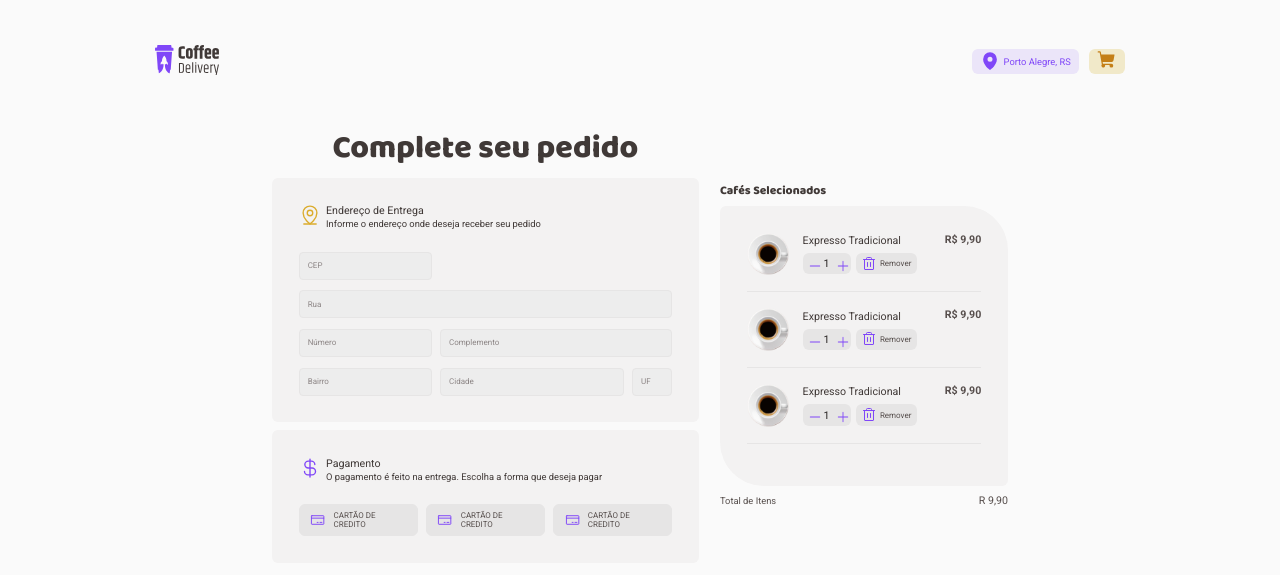
Repository: guilhermecardoso93/react-coffee-delivery
Page: /completeorder
The author's editor kept a copy of each file at every save. The page is drawn from the files as they stood at one save, then again after a run of saves.
The browser window is 1280 px wide. The pictures show the whole page.
The project was rebuilt for these pictures with package versions that can differ from the ones it lists, and the page was loaded fresh each time. Also part of the build but not shown: vite.config.ts, src/pages/Home/Intro/styles.ts, src/pages/Home/Intro/index.tsx, src/data/coffees.ts, src/pages/Home/MenuCard/styles.ts, src/utils/formatMoney.ts, src/pages/Home/MenuCard/index.tsx, src/pages/Home/Menu/styles.ts and 3 more.

Above is the page before, as saved 2022-07-20 21:25:55.

### index.html
<!DOCTYPE html>
<html lang="en">
  <head>
    <meta charset="UTF-8" />
    <link rel="icon" type="image/svg+xml" href="/src/assets/favicon.ico" />
    <link rel="preconnect" href="https://fonts.googleapis.com" />
    <link rel="preconnect" href="https://fonts.gstatic.com" crossorigin />
    <meta name="viewport" content="width=device-width, initial-scale=1.0" />
    <link
      href="https://fonts.googleapis.com/css2?family=Baloo+2:wght@700;800&family=Roboto:wght@400;500;700&display=swap"
      rel="stylesheet"
    />
    <title>Coffee Delivery - Rocketseat</title>
  </head>
  <body>
    <div id="root"></div>
    <script type="module" src="/src/main.tsx"></script>
  </body>
</html>

### src/App.tsx
import { ThemeProvider } from "styled-components";
import { defaultTheme } from "./styles/themes/default";
import { GlobalStyle } from "./styles/global";
import { Router } from "./Router";
import { BrowserRouter } from "react-router-dom";

export function App() {
  return (
    <ThemeProvider theme={defaultTheme}>
      <BrowserRouter>
        <Router />
        <GlobalStyle />
      </BrowserRouter>
    </ThemeProvider>
  );
}

### src/styles/themes/default.ts
export const defaultTheme = {
  colors: {
    "white": "#FFFFFF",
    "base-background": "#FAFAFA",
    "base-card": "#F3F2F2",
    "base-input": "#EDEDED",
    "base-button": "#E6E5E5",
    "base-hover": "#D7D5D5",
    "base-label": "#8D8686",
    "base-text": "#574F4D",
    "base-subtitle": "#403937",
    "base-title": "#272221",
    "base-error": "#f84747",
    "brand-purple-dark": "#4B2995",
    "brand-purple": "#8047F8",
    "brand-purple-light": "#EBE5F9",
    "brand-yellow-dark": "#C47F17",
    "brand-yellow": "#DBAC2C",
    "brand-yellow-light": "#F1E9C9"
  },
  textSizes: {
    "title-title-xl": "3rem",
    "title-title-l": "2rem",
    "title-title-m": "1.5rem",
    "title-title-s": "1.2rem",
    "title-title-xs": "1.125rem",
    "text-regular-l": "1.25rem",
    "text-bold-l": "1.25rem",
    "text-regular-m": "1rem",
    "text-bold-m": "1rem",
    "text-regular-s": "0.875rem",
    "text-bold-s": "0.75rem",
    "components-tag": "0.625rem",
    "components-button-g": "0.875rem",
    "components-button-s": "0.75rem",
  },
  fonts: {
    regular: "'Roboto'",
    title: "'Baloo 2'",
  },
};

### src/styles/global.ts
import { createGlobalStyle } from "styled-components";
import { px2vw } from "../utils/px2vw";

export const GlobalStyle = createGlobalStyle`
  * {
    margin: 0;
    padding: 0;
    box-sizing: border-box;
    outline: none;
  }
  :root {
      font-size: ${px2vw(16)};

      @media (min-width: 768px) {
        font-size: ${px2vw(14)};
      }

      @media (min-width: 1024px) {
        font-size: ${px2vw(12)};
      }
    }
  body {
    background: ${({ theme }) => theme.colors["base-background"]};
    color: ${({ theme }) => theme.colors["base-text"]};
    -webkit-font-smoothing: antialiased;
  }
  body, input, textarea, button {
    font-family: 'Roboto', sans-serif;
    font-weight: 400;
    font-size: 1rem;
  }
  button {
    cursor: pointer;
  }
  a {
    text-decoration: none;
  }
  input::-webkit-outer-spin-button,
  input::-webkit-inner-spin-button {
    -webkit-appearance: none;
    margin: 0;
  }
  input[type="number"] {
    -moz-appearance: textfield;
  }
  ::-webkit-scrollbar {
    width: 0.4rem;
  }
  ::-webkit-scrollbar-track {
    background: ${({ theme }) => theme.colors["base-button"]}
  }
  ::-webkit-scrollbar-thumb {
    border-radius: 2rem;
    background: ${({ theme }) => theme.colors["brand-purple"]}
  }
`;

### src/Router.tsx
import { Route, Routes } from "react-router-dom";
import { DefaultLayout } from "./layouts/DefaultLayout";
import { CompleteOrder } from "./pages/CompleteOrder";
import { Home } from "./pages/Home";

export function Router() {
  return (
    <Routes>
      <Route path="/" element={<DefaultLayout />}>
        <Route path="/" element={<Home />} />
        <Route path="/completeorder" element={<CompleteOrder />} />
      </Route>
    </Routes>
  );
}

### src/utils/px2vw.ts
export const px2vw = (size: number, width = 1440) => `${(size / width) * 100}vw`;

### src/pages/CompleteOrder/index.tsx
import { CompleteOrderForm } from "./components/CompleteOrderForm";
import { SelectedCoffees } from "./components/SelectedCoffees";
import { CompleteOrderContainer } from "./styles";

export function CompleteOrder() {
  return (
    <CompleteOrderContainer className="container">
      <CompleteOrderForm />
      <SelectedCoffees />
    </CompleteOrderContainer>
  );
}

### src/components/Header/index.tsx
import { MapPin, ShoppingCart } from "phosphor-react";
import { NavLink } from "react-router-dom";
import Logo from "../../assets/logo.svg";
import { HeaderButton, HeaderButtonBase, HeaderContainer } from "./styles";

export function Header() {
  return (
    <HeaderContainer>
      <div>
        <NavLink to="/">
          <img
            src={Logo}
            alt="Coffee Delivery Logo - copo de café escrito delivery"
          />
        </NavLink>
      </div>
      <div>
        <HeaderButton>
          <HeaderButtonBase variant="purple">
            <MapPin size={20} weight="fill" />
            Porto Alegre, RS
          </HeaderButtonBase>
          <HeaderButtonBase variant="yellow">
            <NavLink to="/completeorder">
              <ShoppingCart size={20} weight="fill" />
            </NavLink>
          </HeaderButtonBase>
        </HeaderButton>
      </div>
    </HeaderContainer>
  );
}

### src/layouts/DefaultLayout/styles.ts
import styled from "styled-components";

export const LayoutContainer = styled.div`
  max-width: 80vw;
  margin: 0 auto;
  padding: 2.5rem;

  display: flex;
  flex-direction: column;

  .container {
    width: 100%;
    max-width: 70rem;
    margin-right: auto;
    margin-left: auto;

    padding: 0 0.5rem;
  }
`;

### src/pages/CompleteOrder/components/CompleteOrderForm/index.tsx
import { MapPinLine, CurrencyDollar } from "phosphor-react";
import { useTheme } from "styled-components";
import { TitleText } from "../../../../components/Texts";
import { SectionTitleForm } from "../SectiontitleForm";
import { AddressForm } from "./AdressForm";
import { PaymentOptionsForm } from "./PaymentOptionsForm";
import { CompleteOrderFormContainer, FormSectionContainer } from "./styles";

export function CompleteOrderForm() {
  const { colors } = useTheme();
  return (
    <CompleteOrderFormContainer>
      <TitleText size="xl" color="subtitle">
        {" "}Complete seu pedido
      </TitleText>

      <FormSectionContainer>
        <SectionTitleForm
          title="Endereço de Entrega"
          subtitle="Informe o endereço onde deseja receber seu pedido"
          icon={<MapPinLine size={22} color={colors["brand-yellow"]} />}
        />
        <AddressForm />
      </FormSectionContainer>

      <FormSectionContainer>
        <SectionTitleForm
          title="Pagamento"
          subtitle="O pagamento é feito na entrega. Escolha a forma que deseja pagar"
          icon={<CurrencyDollar size={22} color={colors["brand-purple"]} />}
        />
        <PaymentOptionsForm/>
      </FormSectionContainer>
    </CompleteOrderFormContainer>
  );
}

### src/pages/CompleteOrder/components/SelectedCoffees/index.tsx
import { TitleText } from "../../../../components/Texts";
import { CoffeCardCart } from "../CoffeCardCart";
import {
  DetailsContainer,
  SelectedCoffeesContainer
} from "../SelectedCoffees/styles";
import { ConfirmationSection } from "./ConfirmationSection";

export function SelectedCoffees() {
  return (
    <SelectedCoffeesContainer>
      <TitleText size="xs" color="subtitle">
        {" "}Cafés Selecionados
      </TitleText>
      <DetailsContainer>
        <CoffeCardCart />
        <CoffeCardCart />
        <CoffeCardCart />
      </DetailsContainer>
      <ConfirmationSection/>
    </SelectedCoffeesContainer>
  );
}

### src/pages/CompleteOrder/styles.ts
import styled from "styled-components";

export const CompleteOrderContainer = styled.form`
  display: flex;
  align-items: center;
  justify-content: space-between;

  margin-top: 3rem;
  gap:2rem;
`;

export const SectionBaseStyle = styled.div`
  width: 100%;
  background: ${({ theme }) => theme.colors["base-card"]};
  border-radius: 6px;
  padding: 2.5rem;
`;

### src/components/Header/styles.ts
import styled, { css } from "styled-components";

export const HeaderContainer = styled.header`
  width: 100%;
  display: flex;
  align-items: center;
  justify-content: space-between;
  height: 6.5rem;
  background: ${({ theme }) => theme.colors["base-background"]};
  position: sticky;
  top: 0;
  left: 0;
  z-index: 5;

  img {
    width:6rem;
  }
`;

export const HeaderButton = styled.div`
  display: flex;
  align-items: center;
  justify-content: center;
  gap: 1rem;
`;

interface HeaderButtonProps {
  variant: "purple" | "yellow";
}

export const HeaderButtonBase = styled.div<HeaderButtonProps>`
  display: flex;
  justify-content: center;
  align-items: center;
  padding: 8px;
  gap: 4px;
  border-radius: 6px;
  border: none;
  min-width: 2.3rem;
  height: 2.3rem;
  position: relative;
  font-size: 0.875rem;

  ${({ variant, theme }) =>
    variant === "purple" &&
    css`
      background-color: ${theme.colors[`brand-${variant}-light`]};
      color: ${theme.colors[`brand-${variant}`]};
    `}

  ${({ variant, theme }) =>
    variant === "yellow" &&
    css`
      background-color: ${theme.colors[`brand-${variant}-light`]};
      svg {
        color: ${theme.colors[`brand-${variant}-dark`]};
      }
    `}
`;

### src/components/Texts.ts
import styled from "styled-components";

interface TitleTextProps {
  size?: "xl" | "l" | "m" | "s" | "xs";
  color?: "title" | "subtitle" | "text";
  weight?: string | number;
}

interface RegularTextProps {
  size?: "l" | "m" | "s";
  color?: "text" | "subtitle" | "label";
  weight?: string | number;
}

export const TitleText = styled.h1<TitleTextProps>`
  color: ${({ theme, color }) => theme.colors[`base-${color ?? "title"}`]};
  font-size: ${({ theme, size }) =>
    theme.textSizes[`title-title-${size ?? "m"}`]};
  font-family: ${({ theme }) => theme.fonts.title};
  line-height: 130%;
  font-weight: ${({ weight }) => weight ?? 800};
`;

export const RegularText = styled.p<RegularTextProps>`
  color: ${({ theme, color }) => theme.colors[`base-${color ?? "text"}`]};
  font-size: ${({ theme, size }) =>
    theme.textSizes[`text-regular-${size ?? "m"}`]};
  line-height: 130%;
  font-weight: ${({ weight }) => weight ?? 400};
`;

### src/pages/CompleteOrder/components/SectiontitleForm/index.tsx
import { ReactNode } from "react";
import { RegularText, TitleText } from "../../../../components/Texts";
import { AddressForm } from "../CompleteOrderForm/AdressForm";
import { SectionTitleFormContainer } from "./styles";

interface SectionTitleProps {
  title: string;
  subtitle: string;
  icon: ReactNode;
}

export function SectionTitleForm({ title, subtitle, icon }: SectionTitleProps) {
  return (
    <SectionTitleFormContainer>
      {icon}
      <div>
        <RegularText color="subtitle">
          {title}
        </RegularText>
        <RegularText size="s" color="subtitle">
          {subtitle}
        </RegularText>
      </div>
    </SectionTitleFormContainer>
  );
}

### src/pages/CompleteOrder/components/CompleteOrderForm/AdressForm.tsx
import { Input } from "../../../../components/Input";
import { AddressFormContainer } from "./styles";

export function AddressForm() {
  return (
    <AddressFormContainer>
      <Input placeholder="CEP" type="number" className="cep" />
      <Input placeholder="Rua" type="text" className="street" />
      <Input placeholder="Número" type="number" />
      <Input placeholder="Complemento" type="text" className="complement" />
      <Input placeholder="Bairro" type="text" />
      <Input placeholder="Cidade" type="text" />
      <Input placeholder="UF" type='text'/>
    </AddressFormContainer>
  );
}

### src/pages/CompleteOrder/components/CompleteOrderForm/PaymentOptionsForm.tsx
import { PaymentOptionInput } from "../PaymentOptionInput";
import { PaymentOptionsFormContainer } from "./styles";

export function PaymentOptionsForm() {
  return (
    <PaymentOptionsFormContainer>
      <PaymentOptionInput />
      <PaymentOptionInput />
      <PaymentOptionInput />
    </PaymentOptionsFormContainer>
  );
}

### src/pages/CompleteOrder/components/CompleteOrderForm/styles.ts
import styled from "styled-components";
import { SectionBaseStyle } from "../../styles";

export const CompleteOrderFormContainer = styled.div`
  display: flex;
  flex-direction: column;
  align-items: center;
  justify-content: space-between;

  width: 40rem;
  gap: 0.75rem;
`;

export const FormSectionContainer = styled(SectionBaseStyle)`
  display: flex;
  flex-direction: column;
  gap: 2rem;
`;

export const AddressFormContainer = styled.div`
  width: 100%;
  display: grid;
  grid-template-columns: 12.5rem 17.25rem 3.75rem;
  column-gap: 0.75rem;
  row-gap: 1rem;
  grid-auto-flow: dense;

  .cep {
    grid-column: span 3;
    max-width: 12.5rem;
  }

  .street {
    grid-column: span 3;
  }

  .complement {
    grid-column: span 2;
  }
`;

export const PaymentOptionsFormContainer = styled.div`
  display: grid;
  grid-template-columns: repeat(3, 1fr);
  gap: 0.75rem;

  > p {
    grid-column: span 3;
    color: ${({ theme }) => theme.colors["base-error"]};
  }
`;

### src/pages/CompleteOrder/components/CoffeCardCart/index.tsx
import {
  ActionsContainer,
  CoffeeCardCartContainer,
  RemoveButton
} from "./styles";
import CoffeeImg from "../../../../assets/coffee.png";
import { RegularText } from "../../../../components/Texts";
import { QuantityInput } from "../../../../components/QuantityInput";
import { Trash } from "phosphor-react";

export function CoffeCardCart() {
  return (
    <CoffeeCardCartContainer>
      <div>
        <img src={CoffeeImg} />
        <div>
          <RegularText color="subtitle">Expresso Tradicional</RegularText>
          <ActionsContainer>
            <QuantityInput size={"small"} />
            <RemoveButton>
              <Trash size={16} /> Remover
            </RemoveButton>
          </ActionsContainer>
        </div>
      </div>
      <p>R$ 9,90</p>
    </CoffeeCardCartContainer>
  );
}

### src/pages/CompleteOrder/components/SelectedCoffees/styles.ts
import styled from "styled-components";
import { SectionBaseStyle } from "../../styles";

export const SelectedCoffeesContainer = styled.div`
  display: flex;
  flex-direction: column;
  gap: 0.75rem;
  width: 40rem;
`;

export const DetailsContainer = styled(SectionBaseStyle)`
  border-radius: 6px 44px 6px 44px;
  display: flex;
  flex-direction: column;
`;

export const ConfirmationSectionContainer = styled.div`
  display: flex;
  flex-direction: column;
  gap: 0.8rem;

  > div {
    display: flex;
    align-items: center;
    justify-content: space-between;
  }
`;

### src/pages/CompleteOrder/components/SelectedCoffees/ConfirmationSection.tsx
import { RegularText } from "../../../../components/Texts";
import { ConfirmationSectionContainer } from "./styles";

export function ConfirmationSection() {
  return (
    <ConfirmationSectionContainer>
      <div>
        <RegularText size="s">Total de Itens</RegularText>
        <RegularText>R 9,90</RegularText>
      </div>
    </ConfirmationSectionContainer>
  );
}

### src/pages/CompleteOrder/components/SectiontitleForm/styles.ts
import styled from "styled-components";

export const SectionTitleFormContainer = styled.div`
  display: flex;
  gap: 0.5rem;
`;

### src/components/Input/index.tsx
import { forwardRef, InputHTMLAttributes } from "react";
import { RegularText } from "../Texts";
import {
  InputWrapper,
  InputStyleContainer,
  InputStyled,
  RightText
} from "./styles";

type InputProps = InputHTMLAttributes<HTMLInputElement> & {
  error?: string;
  rightText?: string;
};

export const Input = forwardRef<
  HTMLInputElement,
  InputProps
>(({ error, rightText, className, ...props }, ref) => {
  return (
    <InputWrapper className={className}>
      <InputStyleContainer hasError={!!error}>
        <InputStyled ref={ref} {...props} />
        {rightText &&
          <RightText>
            {rightText}
          </RightText>}
      </InputStyleContainer>
      {error &&
        <RegularText size="s">
          {error}
        </RegularText>}
    </InputWrapper>
  );
});

### src/pages/CompleteOrder/components/PaymentOptionInput/index.tsx
import { CreditCard } from "phosphor-react";
import { PaymentOptionInputContainer } from "./styles";

export function PaymentOptionInput() {
  return (
    <PaymentOptionInputContainer>
      <CreditCard size={16} />
      Cartão de Credito
    </PaymentOptionInputContainer>
  );
}

### src/pages/CompleteOrder/components/CoffeCardCart/styles.ts
import styled from "styled-components";

export const CoffeeCardCartContainer = styled.div`
  width: 100%;
  display: flex;
  align-items: center;
  justify-content: space-between;
  padding-bottom: 1.5rem;
  margin-bottom: 1.5rem;

  border-bottom: 1px solid ${({ theme }) => theme.colors["base-button"]};

  > div {
    display: flex;
    align-items: center;
    gap: 1.25rem;

    img {
      width: 4rem;
      height: 4rem;
    }
  }
  > p {
    align-self: flex-start;
    font-weight: 700;
  }
`;

export const ActionsContainer = styled.div`
  display: flex;
  align-items: center;

  margin-top: 0.5rem;
  height: 2rem;
  gap: 0.5rem;

  > div {
    max-width: 4.5rem;
    height: 100%;
  }
`;

export const RemoveButton = styled.button`
  display: flex;
  align-items: center;
  gap: 0.25rem;
  height: 100%;

  background: ${({ theme }) => theme.colors["base-button"]};
  color: ${({ theme }) => theme.colors["base-text"]};
  font-size: 0.75rem;
  padding: 0 0.5rem;

  border: none;
  border-radius: 6px;

  transition: 0.4s;

  svg {
    color: ${({ theme }) => theme.colors["brand-purple"]};
  }
  &:hover {
    background: ${({ theme }) => theme.colors["base-hover"]};
  }
`;

### src/components/QuantityInput/index.tsx
import { Minus, Plus } from "phosphor-react";
import { Icon, QuantityInputContainer } from "./styles";

interface QuantityInputProps {
  size?: "medium" | "small";
  quantity?: number;
  onIncrease?: () => void;
  onDecrease?: () => void;
}

export function QuantityInput({
  onIncrease,
  onDecrease,
  quantity,
  size = "medium"
}: QuantityInputProps) {
  return (
    <QuantityInputContainer size={size}>
      <Icon>
        <Minus size={14} weight="fill" />
      </Icon>
      <input type="number" readOnly value={1} />
      <Icon>
        <Plus size={14} weight="fill" />
      </Icon>
    </QuantityInputContainer>
  );
}

### src/components/Input/styles.ts
import styled, { css } from "styled-components";

export const InputWrapper = styled.div`
  display: flex;
  flex-direction: column;
  gap: 0.3rem;
  position: relative;
  > p {
    color: ${({ theme }) => theme.colors["base-error"]};
  }
`;

interface InputContainerProps {
  hasError: boolean;
}

export const InputStyleContainer = styled.div<InputContainerProps>`
  height: 2.625rem;
  border-radius: 4px;
  border: 1px solid ${({ theme }) => theme.colors["base-button"]};
  background: ${({ theme }) => theme.colors["base-input"]};
  display: flex;
  align-items: center;
  transition: 0.4s;
  display: flex;
  align-items: center;
  justify-content: space-between;
  overflow: hidden;
  &:focus-within {
    border-color: ${({ theme }) => theme.colors["brand-yellow-dark"]};
  }
  ${({ theme, hasError }) =>
    hasError &&
    css`
      border-color: ${theme.colors["base-error"]};
    `}
`;

export const InputStyled = styled.input`
  flex: 1;
  background: none;
  border: none;
  padding: 0 0.75rem;
  height: 100%;
  font-size: 0.75rem;
  color: ${({ theme }) => theme.colors["base-text"]};
  &::placeholder {
    color: ${({ theme }) => theme.colors["base-label"]};
  }
`;

export const RightText = styled.p`
  font-size: 0.75rem;
  margin-right: 0.75rem;
  font-style: italic;
  color: ${({ theme }) => theme.colors["base-label"]};
`;

### src/pages/CompleteOrder/components/PaymentOptionInput/styles.ts
import styled from "styled-components";

export const PaymentOptionInputContainer = styled.div`
  padding: 0 1rem;
  height: 3rem;
  display: flex;
  align-items: center;
  justify-content: flex-start;
  gap: 0.75rem;

  font-size: 0.75rem;
  text-transform: uppercase;

  border-radius: 6px;

  border: 1px solid ${({ theme }) => theme.colors["base-button"]};

  background: ${({ theme }) => theme.colors["base-button"]};
  color: ${({ theme }) => theme.colors["base-text"]};

  transition: 0.4s;

  svg {
    color: ${({ theme }) => theme.colors["brand-purple"]};
  }
  &:hover {
    background: ${({ theme }) => theme.colors["base-hover"]};
  }
  user-select: none;
`;

### src/components/QuantityInput/styles.ts
import styled, { css } from "styled-components";

interface QuantityInput {
  size?: "medium" | "small";
}

export const QuantityInputContainer = styled.div<QuantityInput>`
  flex: 1;
  background: ${({ theme }) => theme.colors["base-button"]};
  display: flex;
  align-items: center;
  justify-content: space-between;
  gap: 4px;
  border-radius: 6px;
  input {
    text-align: center;
    width: 100%;
    background: none;
    border: none;
    color: ${({ theme }) => theme.colors["base-title"]};
    &:focus {
      outline: none;
    }
  }
  ${({ size }) =>
    size === "medium" &&
    css`
      padding: 0.5rem;
    `}
  ${({ size }) =>
    size === "small" &&
    css`
      padding: 0.3rem 0.5rem;
    `}
`;

export const Icon = styled.button.attrs({
  type: "button"
})`
  width: 0.875rem;
  height: 0.875rem;
  border: none;
  background: none;
  color: ${({ theme }) => theme.colors["brand-purple"]};
  transition: 0.4s;
  &:disabled {
    opacity: 0.4;
  }
  &:not(:disabled):hover {
    color: ${({ theme }) => theme.colors["brand-purple-dark"]};
  }
`;

Loaded but not shown: src/main.tsx (common file); src/layouts/DefaultLayout/index.tsx (common file)

After the next 2 saves:
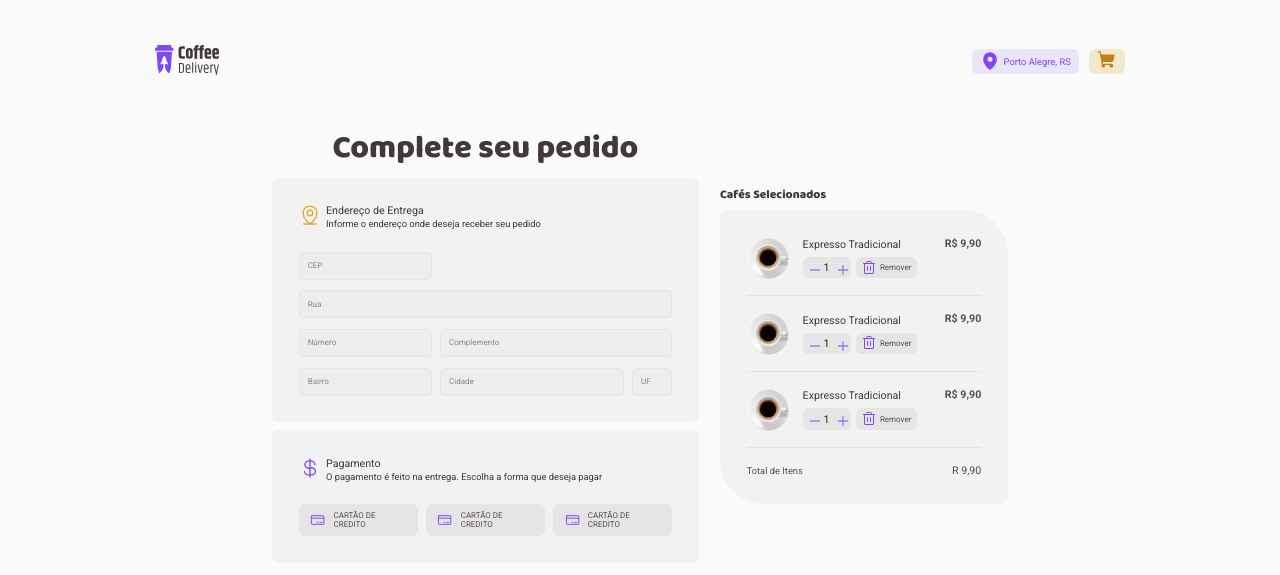
The 2 saves are shown as one change because they came seconds apart.
The last was saved 9 s later.
--- a/src/pages/CompleteOrder/components/SelectedCoffees/index.tsx
+++ b/src/pages/CompleteOrder/components/SelectedCoffees/index.tsx
@@ -16,8 +16,8 @@ export function SelectedCoffees() {
         <CoffeCardCart />
         <CoffeCardCart />
         <CoffeCardCart />
+        <ConfirmationSection />
       </DetailsContainer>
-      <ConfirmationSection/>
     </SelectedCoffeesContainer>
   );
 }
